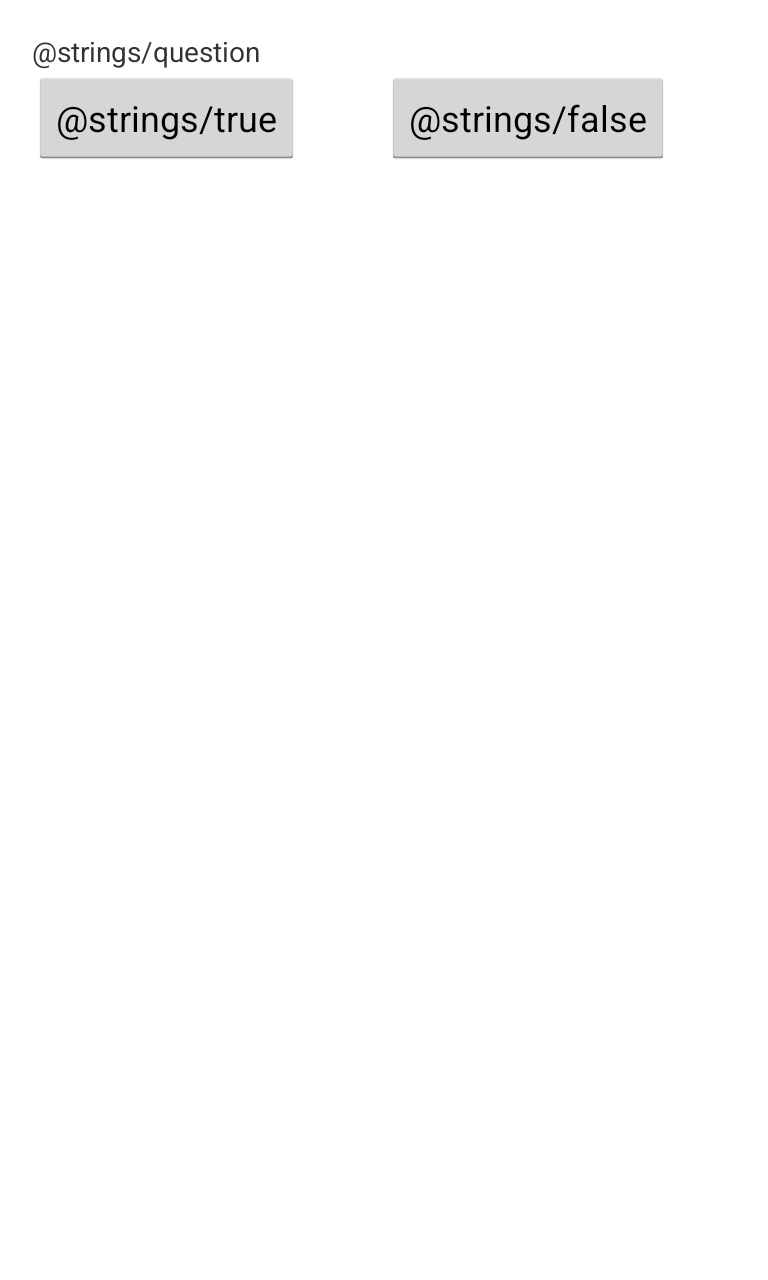
Repository: pmdouglas/BU-CS683
Layout: GeoQuiz/res/layout/activity_main.xml
These files come from the project's save history. The layout is drawn as it stood at one moment and after the next save; the edit follows.
It is drawn on a 768 x 1280 px phone screen (xhdpi) without system bars, with theme AppTheme; the app's code is not run.

Above is the layout before, as saved 2014-09-03 00:30:25.

### GeoQuiz/res/layout/activity_main.xml
<RelativeLayout xmlns:android="http://schemas.android.com/apk/res/android"
    xmlns:tools="http://schemas.android.com/tools"
    android:layout_width="match_parent"
    android:layout_height="match_parent"
    android:paddingBottom="@dimen/activity_vertical_margin"
    android:paddingLeft="@dimen/activity_horizontal_margin"
    android:paddingRight="@dimen/activity_horizontal_margin"
    android:paddingTop="@dimen/activity_vertical_margin"
    tools:context=".MainActivity" >

    <LinearLayout
        android:layout_width="wrap_content"
        android:layout_height="wrap_content"
        android:layout_alignParentBottom="true"
        android:layout_alignParentLeft="true"
        android:layout_alignParentRight="true"
        android:layout_alignParentTop="true"
        android:orientation="vertical" >
    <TextView
        android:id="@+id/textView1"
        android:layout_width="wrap_content"
        android:layout_height="wrap_content"
        android:text="@strings/question" />

    <RelativeLayout
        android:layout_width="match_parent"
        android:layout_height="wrap_content" >

        <Button
            android:id="@+id/button1"
            android:layout_width="wrap_content"
            android:layout_height="wrap_content"
            android:layout_alignParentLeft="true"
            android:layout_alignParentTop="true"
            android:text="@strings/true" />

        <Button
            android:id="@+id/button2"
            android:layout_width="wrap_content"
            android:layout_height="wrap_content"
            android:layout_alignBottom="@+id/button1"
            android:layout_marginLeft="42dp"
            android:layout_toRightOf="@+id/button1"
            android:text="@strings/false" />

    </RelativeLayout>


    </LinearLayout>

</RelativeLayout>

### GeoQuiz/res/values/strings.xml
<?xml version="1.0" encoding="utf-8"?>
<resources>

    <string name="app_name">GeoQuiz</string>
    <string name="action_settings">Settings</string>
    <string name="hello_world">Hello world!</string>
    <string name="question">Is constantinople big?</string>
    <string name="true">True</string>
    <string name="false">False</string>
</resources>

Loaded but not shown: GeoQuiz/res/values/styles.xml (common file); GeoQuiz/res/values-v11/styles.xml (common file); GeoQuiz/res/values-v14/styles.xml (common file); GeoQuiz/res/values/dimens.xml (common file)

After the next save:
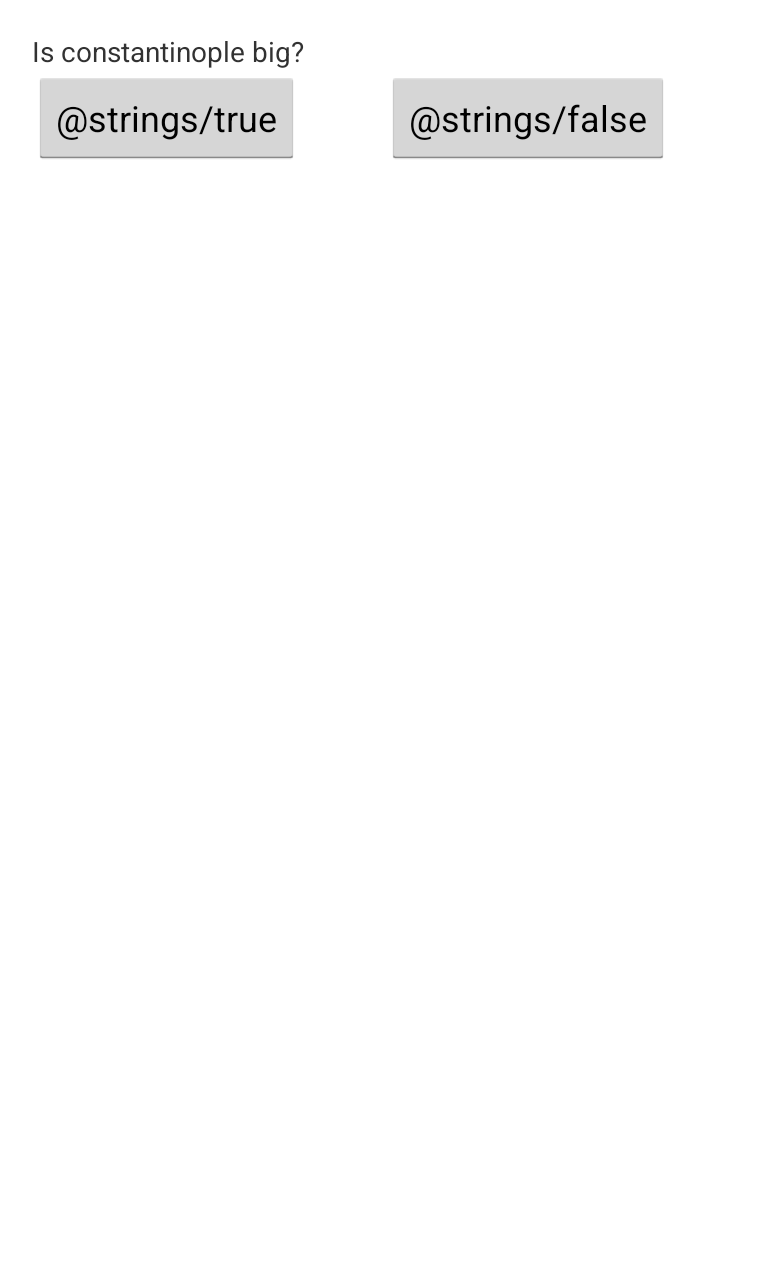
Saved 41 s later.
--- a/GeoQuiz/res/layout/activity_main.xml
+++ b/GeoQuiz/res/layout/activity_main.xml
@@ -20,7 +20,7 @@
         android:id="@+id/textView1"
         android:layout_width="wrap_content"
         android:layout_height="wrap_content"
-        android:text="@strings/question" />
+        android:text="@string/question" />
 
     <RelativeLayout
         android:layout_width="match_parent"
